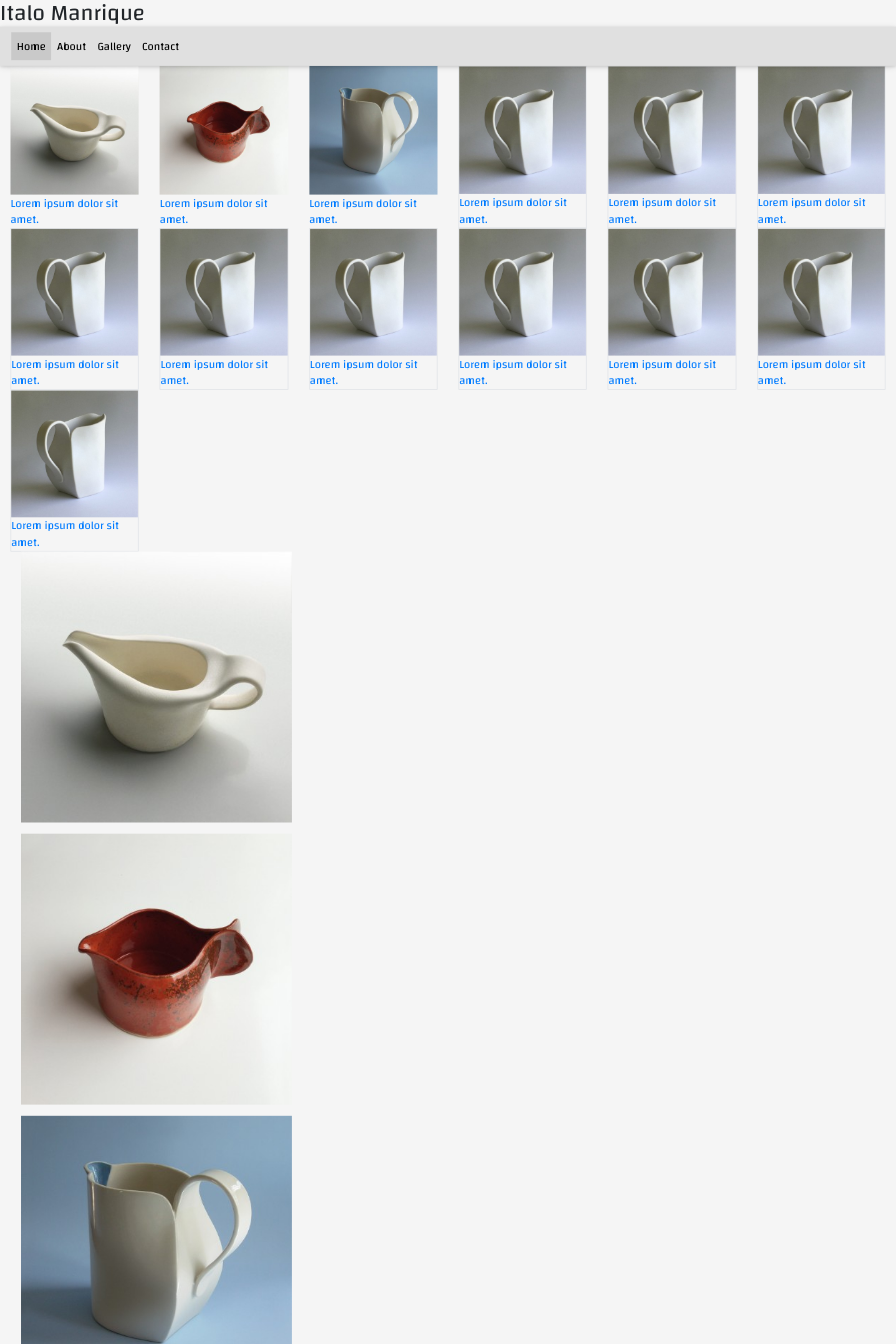
Repository: ManrOsca/ceramics
Page: MDB/gallery.html
The author's editor kept a record of every edit. The page is drawn from the files as they stood at one moment, then again after the next edit.
The browser window is 1280 px wide. The pictures show the part of the page from y = 0 to 1920 px (the page is 6023 px tall), at 70% of full size.

Above is the page before.

### MDB/gallery.html
<!DOCTYPE html>
<html lang="en">

<head>
    <meta charset="utf-8">
    <meta name="viewport" content="width=device-width, initial-scale=1, shrink-to-fit=no">
    <meta http-equiv="x-ua-compatible" content="ie=edge">
    <title>
        <p class="changa text-uppercase">ITALO MANRIQUE - ceramics</p>
    </title>
    <!-- Font Awesome -->
    <link rel="stylesheet" href="https://maxcdn.bootstrapcdn.com/font-awesome/4.7.0/css/font-awesome.min.css">
    <!-- Bootstrap core CSS -->
    <link href="css/bootstrap.min.css" rel="stylesheet">
    <!-- Material Design Bootstrap -->
    <link href="css/mdb.min.css" rel="stylesheet">
    <!-- Your custom styles (optional) -->
    <link href="https://fonts.googleapis.com/css?family=Changa" rel="stylesheet">
    <link href="css/style.css" rel="stylesheet">
<!--    <script type="text/javascript">

    // MDB Lightbox Init
        (function () {
            ("#mdb-lightbox-ui").load("mdb-addons/mdb-lightbox-ui.html");
        });
    </script>   -->
</head>

<body class="grey lighten-4">
    <!--Main Navigation-->
    <header class="sticky-top">
        <h2 class="changa grey lighten-4">Italo Manrique</h2>
        <nav class="navbar navbar-expand-lg navbar-light grey lighten-2">

            <button class="navbar-toggler" type="button" data-toggle="collapse" data-target="#navbarText" aria-controls="navbarText" aria-expanded="false" aria-label="Toggle navigation">
                <span class="navbar-toggler-icon"></span>
            </button>
            <div class="collapse navbar-collapse" id="navbarText">
                <ul class="navbar-nav mr-auto">
                    <li class="nav-item active">
                        <a class="nav-link changa" href="#home">Home <span class="sr-only">(current)</span></a>
                    </li>
                    <li class="nav-item">
                        <a class="nav-link changa" href="#about">About</a>
                    </li>
                    <li class="nav-item">
                        <a class="nav-link changa" href="#gallery">Gallery</a>
                    </li>
                    <li class="nav-item">
                        <a class="nav-link changa" href="#contact">Contact</a>
                    </li>
                </ul>

            </div>
        </nav>
    </header>
    <!--Main Navigation-->

    <!--Main layout-->
    <main>

        <div class="container-fluid">


            <div class="row">

                <div class="col-lg-2 col-sm-4">
                  <div class="thumbnail">
                      <a href="img/carrara-jug.jpg">
                     <img src="img/carrara-jug-thumb.jpg" alt="carrara" class="img-responsive">
                     <div class="caption">Lorem ipsum dolor sit amet.</div>
                     </a>
                  </div>
                </div>

                <div class="col-lg-2 col-sm-4">
                  <div class="thumbnail">
                      <a href="img/IMG_1950.jpg">
                     <img src="img/IMG_1950-thumb.jpg" alt="1950" class="img-responsive">
                     <div class="caption">Lorem ipsum dolor sit amet.</div>
                     </a>
                  </div>
                </div>

                <div class="col-lg-2 col-sm-4">
                  <div class="thumbnail">
                      <a href="img/jug-1.jpg">
                     <img src="img/jug-1-thumb.jpg" alt="jug-1" class="img-responsive">
                     <div class="caption">Lorem ipsum dolor sit amet.</div>
                     </a>
                  </div>
                </div>


                <div class="col-lg-2 col-sm-4">
                  <div class="img-thumbnail">
                      <a href="img/jug-2.jpg">
                     <img src="img/jug-2-thumb.jpg" alt="jug-2" class="img-responsive">
                     <div class="caption">Lorem ipsum dolor sit amet.</div>
                     </a>
                  </div>
                </div>

                <div class="col-lg-2 col-sm-4">
                  <div class="img-thumbnail">
                      <a href="img/jug-2.jpg">
                     <img src="img/jug-2-thumb.jpg" alt="jug-3" class="img-responsive">
                     <div class="caption">Lorem ipsum dolor sit amet.</div>
                     </a>
                  </div>
                </div>


                <div class="col-lg-2 col-sm-4">
                  <div class="img-thumbnail">
                      <a href="img/jug-2.jpg">
                     <img src="img/jug-2-thumb.jpg" alt="jug-4" class="img-responsive">
                     <div class="caption">Lorem ipsum dolor sit amet.</div>
                     </a>
                  </div>
                </div>


                <div class="col-lg-2 col-sm-4">
                  <div class="img-thumbnail">
                      <a href="img/jug-2.jpg">
                     <img src="img/jug-2-thumb.jpg" alt="jug-5" class="img-responsive">
                     <div class="caption">Lorem ipsum dolor sit amet.</div>
                     </a>
                  </div>
                </div>


                <div class="col-lg-2 col-sm-4">
                  <div class="img-thumbnail">
                      <a href="img/jug-2.jpg">
                     <img src="img/jug-2-thumb.jpg" alt="jug-6" class="img-responsive">
                     <div class="caption">Lorem ipsum dolor sit amet.</div>
                     </a>
                  </div>
                </div>


                <div class="col-lg-2 col-sm-4">
                  <div class="img-thumbnail">
                      <a href="img/jug-2.jpg">
                     <img src="img/jug-2-thumb.jpg" alt="jug-7" class="img-responsive">
                     <div class="caption">Lorem ipsum dolor sit amet.</div>
                     </a>
                  </div>
                </div>


                <div class="col-lg-2 col-sm-4">
                  <div class="img-thumbnail">
                      <a href="img/jug-2.jpg">
                     <img src="img/jug-2-thumb.jpg" alt="jug-8" class="img-responsive">
                     <div class="caption">Lorem ipsum dolor sit amet.</div>
                     </a>
                  </div>
                </div>


                <div class="col-lg-2 col-sm-4">
                  <div class="img-thumbnail">
                      <a href="img/jug-2.jpg">
                     <img src="img/jug-2-thumb.jpg" alt="jug-9" class="img-responsive">
                     <div class="caption">Lorem ipsum dolor sit amet.</div>
                     </a>
                  </div>
                </div>


                <div class="col-lg-2 col-sm-4">
                  <div class="img-thumbnail">
                      <a href="img/jug-2.jpg">
                     <img src="img/jug-2-thumb.jpg" alt="jug-10" class="img-responsive">
                     <div class="caption">Lorem ipsum dolor sit amet.</div>
                     </a>
                  </div>
                </div>


                <div class="col-lg-2 col-sm-4">
                  <div class="img-thumbnail">
                      <a href="img/jug-2.jpg">
                     <img src="img/jug-2-thumb.jpg" alt="maid" class="img-responsive">
                     <div class="caption">Lorem ipsum dolor sit amet.</div>
                     </a>
                  </div>
                </div>






                <div class="col-md-12">

                    <div id="mdb-lightbox-ui"></div>

                    <div class="mdb-lightbox no-margin">

                        <figure class="col-md-4">
                            <a href="img/carrara-jug.jpg" data-size="1080x1080">
                    <img alt="picture" src="img/carrara-jug-thumb.jpg" class="img-fluid">
                </a>
                        </figure>

                        <figure class="col-md-4">
                            <a href="img/IMG_1950.jpg" data-size="1080x1080">
                    <img alt="picture" src="img/IMG_1950-thumb.jpg" class="img-fluid" />
                </a>
                        </figure>

                        <figure class="col-md-4">
                            <a href="img/jug-1.jpg" data-size="1080x1080">
                    <img alt="picture" src="img/jug-1-thumb.jpg" class="img-fluid" />
                </a>
                        </figure>


                        <figure class="col-md-4">
                            <a href="img/jug-2.jpg" data-size="1080x1080">
                    <img alt="picture" src="img/jug-2-thumb.jpg" class="img-fluid" />
                </a>
                        </figure>


                        <figure class="col-md-4">
                            <a href="img/jug-3.jpg" data-size="1080x1080">
                    <img alt="picture" src="img/jug-3-thumb.jpg" class="img-fluid" />
                </a>
                        </figure>


                        <figure class="col-md-4">
                            <a href="img/jug-4.jpg" data-size="1080x1080">
                    <img alt="picture" src="img/jug-4-thumb.jpg" class="img-fluid" />
                </a>
                        </figure>


                        <figure class="col-md-4">
                            <a href="img/jug-5.jpg" data-size="1080x1080">
                    <img alt="picture" src="img/jug-5-thumb.jpg" class="img-fluid" />
                </a>
                        </figure>


                        <figure class="col-md-4">
                            <a href="img/jug-6.jpg" data-size="1080x1080">
                    <img alt="picture" src="img/jug-6-thumb.jpg" class="img-fluid" />
                </a>
                        </figure>


                        <figure class="col-md-4">
                            <a href="img/jug-7.jpg" data-size="1080x1080">
                    <img alt="picture" src="img/jug-7-thumb.jpg" class="img-fluid" />
                </a>
                        </figure>


                        <figure class="col-md-4">
                            <a href="img/jug-8.jpg" data-size="1080x1080">
                    <img alt="picture" src="img/jug-8-thumb.jpg" class="img-fluid" />
                </a>
                        </figure>


                        <figure class="col-md-4">
                            <a href="img/jug-9.jpg" data-size="1080x1080">
                    <img alt="picture" src="img/jug-9-thumb.jpg" class="img-fluid" />
                </a>
                        </figure>


                        <figure class="col-md-4">
                            <a href="img/jug-10.jpg" data-size="1080x1080">
                    <img alt="picture" src="img/jug-10-thumb.jpg" class="img-fluid" />
                </a>
                        </figure>


                        <figure class="col-md-4">
                            <a href="img/maid.jpg" data-size="1080x1080">
                    <img alt="picture" src="img/maid-thumb.jpg" class="img-fluid" />
                </a>
                        </figure>


                    </div>

                </div>
            </div>


<!-- Anoather take -->







        </div>
        <!--Main container-->

    </main>
    <!--Main layout-->

    <!--Footer-->
    <footer>

    </footer>
    <!--Footer-->






    <!-- SCRIPTS -->
    <!-- JQuery -->
    <script type="text/javascript" src="js/jquery-3.2.1.min.js"></script>
    <!-- Bootstrap tooltips -->
    <script type="text/javascript" src="js/popper.min.js"></script>
    <!-- Bootstrap core JavaScript -->
    <script type="text/javascript" src="js/bootstrap.min.js"></script>
    <!-- MDB core JavaScript -->
    <script type="text/javascript" src="js/mdb.min.js"></script>
</body>

</html>

### MDB/css/style.css
/* Your custom styles */

.changa {
    font-family: 'Changa', sans-serif;
}
/*
.col-sm-4 {
padding: 2px;
}
    */
.grey-text {
  color: #9e9e9e !important;
}
html body {
  font-family: 'Changa', sans-serif;
}

.figure-caption {
  font-size: 90%;
  color: #fff;
  text-transform: uppercase;
  font-weight: 600;
}
.img-thumbnail {
  border-radius: 0;
  padding: 0px;
  background-color: inherit;
}
.img-thumbnail img {
  max-height: 100%;
  max-width: 100%;
}

nav {
  margin-top: -0.50em;
}
/*
html,
body,
header,
#intro {
  height: 100%;
}

.home-bg {
   background: url("../img/home.jpg") no-repeat center center fixed;
    background-size: cover;
    -webkit-background-size: cover;
    -moz-background-size: cover;
    -o-background-size: cover;
}
.landing-text {
    text-align: center;
    position: absolute;
    top: 50%;
    left: 50%;
    transform: translate(-50%, -50%);
    color: grey;
}
   */
.push-down-10 {
  padding-top: 10rem;
}
.img-thumbnail {
  max-width: none;
}

thumbnail {
  padding: 1rem;
}

div a img {
  width: 100%;
  display:block;
}
gallery {
  width:100%;
  display:flex;
  flex-flow: row wrap;
}

/*
html,
body,
header,
#intro {
  height: 100%;
}
#intro{
  background: url("img/home.jpeg") no-repeat center center fixed;
  -webkit-background-size: cover;
  -moz-background-size: cover;
  -o-background-size: cover;
  background-size: cover;
}
@import url('https://fonts.googleapis.com/css?family=Yantramanav:100');
@import url('https://fonts.googleapis.com/css?family=Montserrat:400');
    */


/*--- Media Queries --
@media screen and (max-width: 900px) {

}
@media screen and (max-width: 768px) {

}
@media screen and (max-width: 480px) {

}
*/

Loaded but not shown: MDB/css/bootstrap.min.css (library); MDB/css/mdb.min.css (library); MDB/js/jquery-3.2.1.min.js (library); MDB/js/popper.min.js (library); MDB/js/bootstrap.min.js (library); MDB/js/mdb.min.js (library)

After the next edit:
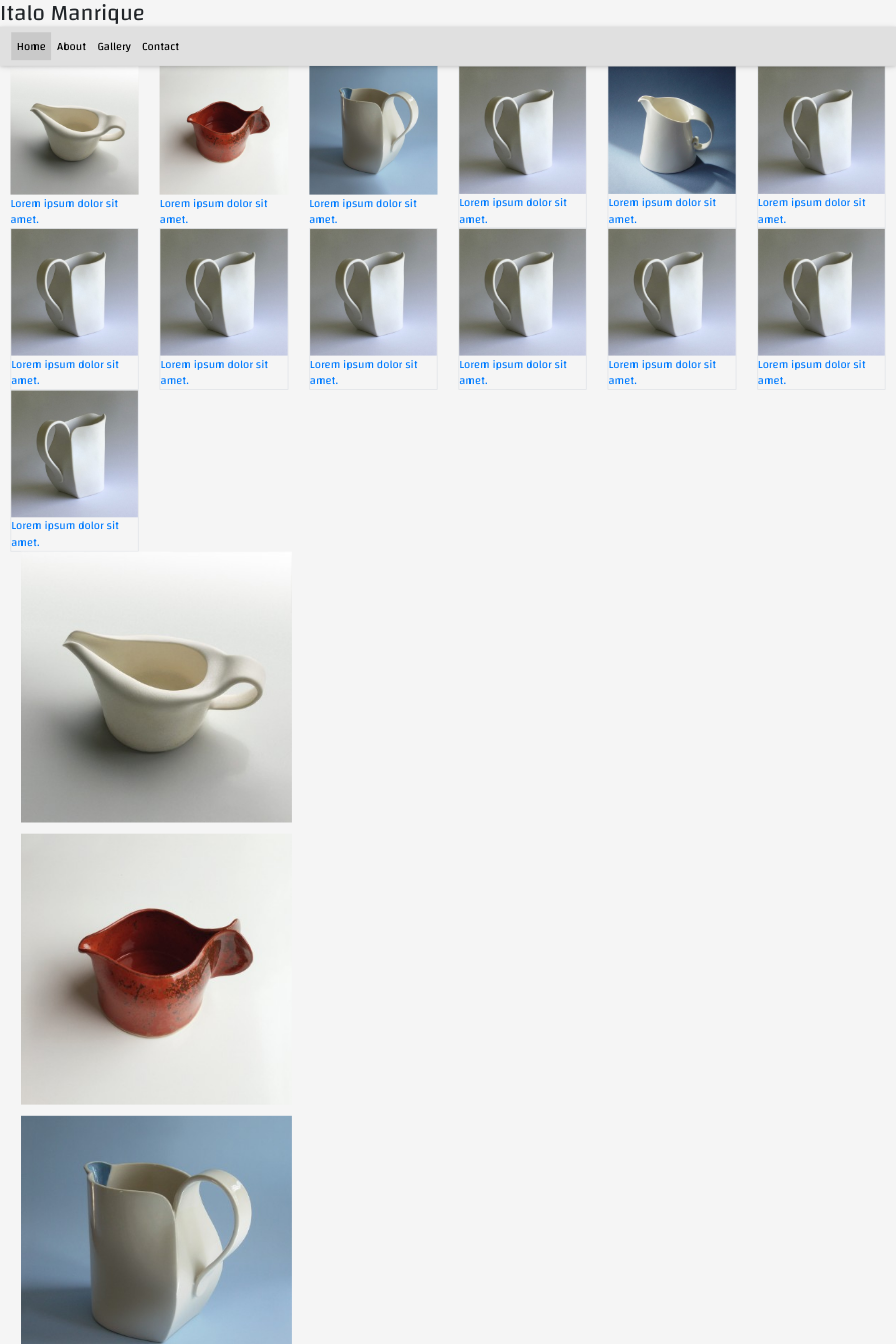
The edit:
--- a/MDB/gallery.html
+++ b/MDB/gallery.html
@@ -103,8 +103,8 @@
 
                 <div class="col-lg-2 col-sm-4">
                   <div class="img-thumbnail">
-                      <a href="img/jug-2.jpg">
-                     <img src="img/jug-2-thumb.jpg" alt="jug-3" class="img-responsive">
+                      <a href="img/jug-3.jpg">
+                     <img src="img/jug-3-thumb.jpg" alt="jug-3" class="img-responsive">
                      <div class="caption">Lorem ipsum dolor sit amet.</div>
                      </a>
                   </div>
